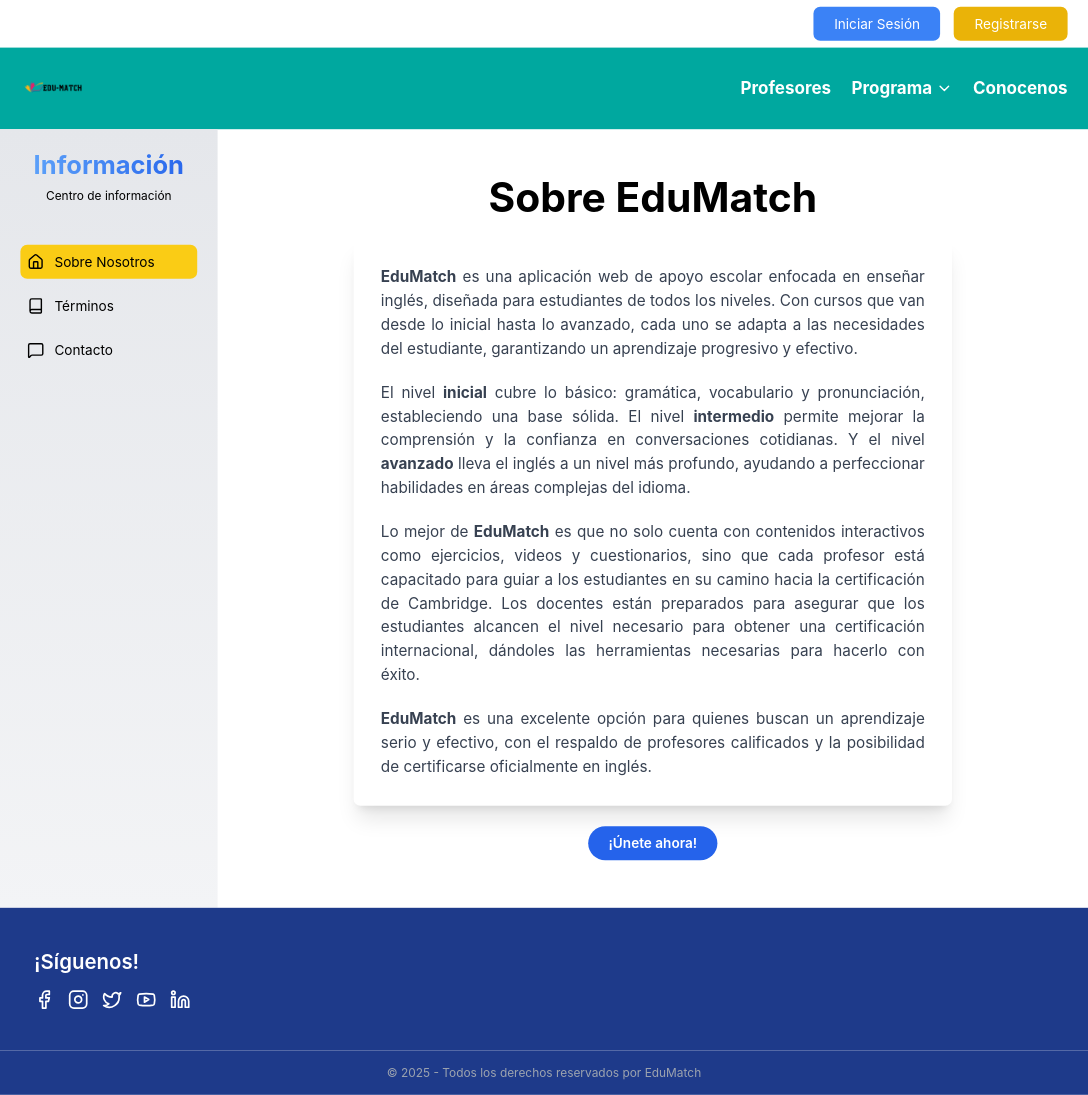
Repository: sofikalpin/EduMatch
Page: /informacion (app in frontend-sistema-apoyo/frontend-sistema-apoyo/)
An editor plug-in stored every save of this project. The page is shown before and after the next save, followed by the edit.
The browser window is 1280 px wide. The pictures show the whole page, at 85% of full size.
The project was rebuilt for these pictures with package versions that can differ from the ones it lists, and the page was loaded fresh each time. Also part of the build but not shown: frontend-sistema-apoyo/frontend-sistema-apoyo/src/componentes/inicio/ProgramDropdown.js, frontend-sistema-apoyo/frontend-sistema-apoyo/src/componentes/inicio/Inicio.js, frontend-sistema-apoyo/frontend-sistema-apoyo/src/componentes/login/Login.css, frontend-sistema-apoyo/frontend-sistema-apoyo/src/componentes/login/LoginUtils.js, frontend-sistema-apoyo/frontend-sistema-apoyo/src/componentes/login/Login.js, frontend-sistema-apoyo/frontend-sistema-apoyo/src/componentes/registrar/Registrar.css, frontend-sistema-apoyo/frontend-sistema-apoyo/src/componentes/registrar/Registrar.js, frontend-sistema-apoyo/frontend-sistema-apoyo/src/componentes/perfil/Perfil.js and 4 more.

Above is the page before, as saved 2025-01-28 15:02:18.

### frontend-sistema-apoyo/frontend-sistema-apoyo/src/index.js
import React from 'react';
import ReactDOM from 'react-dom/client';
import './index.css';
import App from './App';
import { BrowserRouter } from 'react-router-dom';

const root = ReactDOM.createRoot(document.getElementById('root'));
root.render(
  <BrowserRouter>
    <App />
  </BrowserRouter>
);

### frontend-sistema-apoyo/frontend-sistema-apoyo/src/index.css
@tailwind base;
@tailwind components;
@tailwind utilities;
/* Tus estilos personalizados vienen después */
body {
  margin: 0;
  font-family: -apple-system, BlinkMacSystemFont, 'Segoe UI', 'Roboto', 'Oxygen',
    'Ubuntu', 'Cantarell', 'Fira Sans', 'Droid Sans', 'Helvetica Neue',
    sans-serif;
  -webkit-font-smoothing: antialiased;
  -moz-osx-font-smoothing: grayscale;
}

code {
  font-family: source-code-pro, Menlo, Monaco, Consolas, 'Courier New',
    monospace;
}

### frontend-sistema-apoyo/frontend-sistema-apoyo/src/App.js
import React from "react";
import { Routes, Route, Navigate } from "react-router-dom";
import "./App.css";

import Inicio from "./componentes/inicio/Inicio";
import Login from "./componentes/login/Login";
import { Registrar } from "./componentes/registrar/Registrar";
import Perfil from "./componentes/perfil/Perfil";

import InicioProfesor from "./componentes/inicio/profesorini";
import NivelInicial from "./componentes/inicio/NivelInicial";
import NivelIntermedio from "./componentes/inicio/NivelIntermedio";
import NivelAvanzado from "./componentes/inicio/NivelAvanzado";
import Informacion from "./componentes/inicio/Informacion";


// Componente para proteger rutas basadas en rol
const ProtectedRoute = ({ children, role }) => {
  const userRole = localStorage.getItem("role");

  if (userRole !== role) {
    return <Navigate to="/" />;
  }

  return children;
};

function App() {
  return (
    <div className="App">
      <Routes>
        {/* Rutas públicas */}
        <Route path="/" element={<Inicio />} />
        <Route path="/iniciarsesion" element={<Login />} />
        <Route path="/registrarse" element={<Registrar />} />
        <Route path="/perfil" element={<Perfil />} />
        <Route path="/inicioprofesor" element={<InicioProfesor />} />
        <Route path="/nivelinicial" element={<NivelInicial />} />
        <Route path="/nivelintermedio" element={<NivelIntermedio />} />
        <Route path="/nivelavanzado" element={<NivelAvanzado />} />
        <Route path="/informacion" element={<Informacion />} />


        {/* Rutas protegidas */}

        {/* Redirigir rutas no encontradas */}
        <Route path="*" element={<Navigate to="/" />} />
      </Routes>
    </div>
  );
}

export default App;

### frontend-sistema-apoyo/frontend-sistema-apoyo/src/componentes/inicio/Informacion.js
import { useState } from 'react';
import { useNavigate } from 'react-router-dom';
import { Home, Book, Shield, MessageSquare } from 'lucide-react';
import TopBar from './TopBar';
import Header from './Header';
import Footer from './Footer';
import logo from '../../logo/LogoInicio.png';

// Constants remain the same
const FOOTER_SECTIONS = {
  section1: {
    title: "Información",
    links: ["Sobre Nosotros", "Términos y Condiciones", "Contacto"]
  },
  section2: {
    title: "Programas",
    links: ["Nivel Inicial", "Nivel Medio", "Nivel Superior"]
  }
};

const SOCIAL_ICONS = [
  { name: 'Facebook', color: 'hover:text-blue-500' },
  { name: 'Instagram', color: 'hover:text-pink-500' },
  { name: 'Twitter', color: 'hover:text-blue-400' },
  { name: 'Youtube', color: 'hover:text-red-500' },
  { name: 'Linkedin', color: 'hover:text-blue-700' }
];

const NAV_ITEMS = [
  { id: "sobre-nosotros", Icon: Home, text: "Sobre Nosotros" },
  { id: "terminos", Icon: Book, text: "Términos" },
  { id: "contacto", Icon: MessageSquare, text: "Contacto" }
];

// NavItem component
const NavItem = ({ id, Icon, text, isActive, onClick }) => (
  <div
    onClick={onClick}
    className={`flex items-center space-x-3 p-2 rounded-lg cursor-pointer ${isActive ? 'bg-yellow-400 text-black' : 'text-white-300'}`}
  >
    <Icon className="w-5 h-5" />
    <span>{text}</span>
  </div>
);

// SobreNosotros component
const SobreNosotros = () => (
  <div className="p-8 max-w-3xl mx-auto space-y-6">
    <h1 className="text-5xl font-bold text-black-600 mb-6 text-center">Sobre EduMatch</h1>
    <div className="p-8 bg-white rounded-lg shadow-xl space-y-6">
      <p className="text-lg text-gray-700 text-justify">
        <strong>EduMatch</strong> es una aplicación web de apoyo escolar enfocada en enseñar inglés, diseñada para estudiantes de todos los niveles. Con cursos que van desde lo inicial hasta lo avanzado, cada uno se adapta a las necesidades del estudiante, garantizando un aprendizaje progresivo y efectivo.
      </p>
      <p className="text-lg text-gray-700 text-justify">
        El nivel <strong>inicial</strong> cubre lo básico: gramática, vocabulario y pronunciación, estableciendo una base sólida. El nivel <strong>intermedio</strong> permite mejorar la comprensión y la confianza en conversaciones cotidianas. Y el nivel <strong>avanzado</strong> lleva el inglés a un nivel más profundo, ayudando a perfeccionar habilidades en áreas complejas del idioma.
      </p>
      <p className="text-lg text-gray-700 text-justify">
        Lo mejor de <strong>EduMatch</strong> es que no solo cuenta con contenidos interactivos como ejercicios, videos y cuestionarios, sino que cada profesor está capacitado para guiar a los estudiantes en su camino hacia la certificación de Cambridge. Los docentes están preparados para asegurar que los estudiantes alcancen el nivel necesario para obtener una certificación internacional, dándoles las herramientas necesarias para hacerlo con éxito.
      </p>
      <p className="text-lg text-gray-700 text-justify">
        <strong>EduMatch</strong> es una excelente opción para quienes buscan un aprendizaje serio y efectivo, con el respaldo de profesores calificados y la posibilidad de certificarse oficialmente en inglés.
      </p>
    </div>
    <div className="mt-8 text-center">
      <a href="/registrarse" className="inline-block bg-blue-600 text-white font-semibold py-2 px-6 rounded-full hover:bg-blue-700 transition-colors">
        ¡Únete ahora!
      </a>
    </div>
  </div>
);

// Contacto component
const Contacto = () => (
  <div className="p-8 max-w-3xl mx-auto space-y-6">
    <h1 className="text-5xl font-bold text-black-600 mb-6 text-center">Contacto</h1>

    <div className="p-8 bg-white rounded-lg shadow-xl space-y-6">
      <p className="text-lg text-gray-700 text-justify">
        ¿Tienes preguntas o comentarios? Nos encantaría saber de ti. Rellena el siguiente formulario y nuestro equipo se pondrá en contacto contigo lo antes posible.
      </p>

      <form className="space-y-6">
        <div>
          <label htmlFor="name" className="block text-lg font-semibold text-gray-800">Nombre</label>
          <input
            type="text"
            id="name"
            name="name"
            placeholder="Tu nombre"
            className="w-full p-3 mt-2 border-2 border-gray-300 rounded-lg focus:outline-none focus:ring-2 focus:ring-blue-500"
          />
        </div>

        <div>
          <label htmlFor="email" className="block text-lg font-semibold text-gray-800">Correo electrónico</label>
          <input
            type="email"
            id="email"
            name="email"
            placeholder="Tu correo electrónico"
            className="w-full p-3 mt-2 border-2 border-gray-300 rounded-lg focus:outline-none focus:ring-2 focus:ring-blue-500"
          />
        </div>

        <div>
          <label htmlFor="message" className="block text-lg font-semibold text-gray-800">Mensaje</label>
          <textarea
            id="message"
            name="message"
            placeholder="Escribe tu mensaje aquí"
            rows="4"
            className="w-full p-3 mt-2 border-2 border-gray-300 rounded-lg focus:outline-none focus:ring-2 focus:ring-blue-500"
          ></textarea>
        </div>

        <div className="text-center">
          <button
            type="submit"
            className="inline-block bg-blue-600 text-white font-semibold py-2 px-6 rounded-full hover:bg-blue-700 transition-colors"
          >
            Enviar Mensaje
          </button>
        </div>
      </form>
    </div>
  </div>
);

// TerminosYCondiciones component
const TerminosYCondiciones = () => (
  <div className="p-8 max-w-5xl mx-auto space-y-6">
    <h1 className="text-4xl font-bold text-blue-600 mb-6 text-center">Términos y Condiciones</h1>

    <div className="grid grid-cols-1 md:grid-cols-2 lg:grid-cols-2 gap-6">
      <div className="p-6 bg-white rounded-lg shadow-lg">
        <h2 className="text-2xl font-semibold text-gray-800">1. Aceptación de los Términos</h2>
        <p className="text-lg text-gray-700 mt-4">
          Al registrarte y usar EduMatch, aceptas cumplir con estos términos. Si no estás de acuerdo, no puedes usar la plataforma.
        </p>
      </div>

      <div className="p-6 bg-white rounded-lg shadow-lg">
        <h2 className="text-2xl font-semibold text-gray-800">2. Responsabilidades del Usuario</h2>
        <p className="text-lg text-gray-700 mt-4">
          El usuario es responsable de mantener la confidencialidad de su cuenta y de usar la plataforma de manera ética, sin infringir derechos de otros usuarios o de terceros.
        </p>
      </div>

      <div className="p-6 bg-white rounded-lg shadow-lg">
        <h2 className="text-2xl font-semibold text-gray-800">3. Modificaciones a los Términos</h2>
        <p className="text-lg text-gray-700 mt-4">
          EduMatch puede modificar estos términos en cualquier momento. Las modificaciones serán publicadas en esta página y serán efectivas inmediatamente después de su publicación.
        </p>
      </div>

      <div className="p-6 bg-white rounded-lg shadow-lg">
        <h2 className="text-2xl font-semibold text-gray-800">4. Terminación de los Servicios</h2>
        <p className="text-lg text-gray-700 mt-4">
          Podemos suspender o terminar tu acceso a la plataforma si incumples estos términos, sin previo aviso ni responsabilidad por daños ocasionados.
        </p>
      </div>
    </div>

    <div className="mt-8 text-center">
      <a href="/registrarse" className="inline-block bg-blue-600 text-white font-semibold py-2 px-6 rounded-full hover:bg-blue-700 transition-colors">
        ¡Únete ahora!
      </a>
    </div>
  </div>
);

const Navigation = ({ currentPage, setCurrentPage }) => (
  <nav className="w-64 bg-gradient-to-b from-gray-200 to-gray-100 p-6">
    <div className="mb-12">
      <h2 className="text-3xl font-bold text-transparent bg-clip-text bg-gradient-to-r from-blue-400 to-blue-600">
        Información
      </h2>
      <p className="text-black-400 text-sm mt-2">Centro de información</p>
    </div>
    <div className="space-y-3">
      {NAV_ITEMS.map(({ id, Icon, text }) => (
        <NavItem
          key={id}
          id={id}
          Icon={Icon}
          text={text}
          isActive={currentPage === id}
          onClick={() => setCurrentPage(id)}
        />
      ))}
    </div>
  </nav>
);

const InfoPages = () => {
  const [currentPage, setCurrentPage] = useState('sobre-nosotros');
  const navigate = useNavigate();

  const pageComponents = {
    'sobre-nosotros': <SobreNosotros />,
    'contacto': <Contacto />,
    'terminos': <TerminosYCondiciones />
  };

  return (
    <div className="min-h-screen flex flex-col">
      {/* Header */}
      <TopBar
        onLogin={() => navigate('/iniciarsesion')}
        onRegister={() => navigate('/registrarse')}
      />
      <Header
        onNavigate={navigate}
        logo={logo}
      />

      {/* Info Content */}
      <div className="flex flex-2">
        <Navigation currentPage={currentPage} setCurrentPage={setCurrentPage} />
        <main className="flex-1 p-6">{pageComponents[currentPage]}</main>
      </div>

      {/* Footer */}
      <Footer sections={FOOTER_SECTIONS} socialIcons={SOCIAL_ICONS} />
    </div>
  );
};

export default InfoPages;

### frontend-sistema-apoyo/frontend-sistema-apoyo/src/componentes/inicio/TopBar.js
import React from 'react';

const TopBar = ({ onLogin, onRegister }) => (
  <div className="bg-white py-2 flex justify-end items-center px-6">
    <button
      onClick={onLogin}
      className="px-6 py-2 bg-blue-500 text-white rounded-lg mr-4 hover:bg-blue-600 transition-colors"
    >
      Iniciar Sesión
    </button>
    <button
      onClick={onRegister}
      className="px-6 py-2 bg-yellow-500 text-white rounded-lg hover:bg-yellow-600 transition-colors"
    >
      Registrarse
    </button>
  </div>
);

export default TopBar;

### frontend-sistema-apoyo/frontend-sistema-apoyo/src/componentes/inicio/Header.js
import React, { useState } from 'react';
import { ChevronDown } from 'lucide-react';
import ProgramDropdown from './ProgramDropdown';

const Header = ({ onNavigate, logo }) => {
  const [isProgramsOpen, setIsProgramsOpen] = useState(false);

  return (
    <header className="flex items-center justify-between p-6" style={{ backgroundColor: '#00A89F' }}>
      <img src={logo} alt="Logo" className="h-12" />
      <nav className="flex gap-6 justify-end flex-1">
        <button
          onClick={() => onNavigate('/inicioprofesor')}
          className="text-white font-bold hover:text-yellow-400 active:text-yellow-400 text-xl transition-colors"
        >
          Profesores
        </button>
        <div className="relative">
          <button
            onMouseEnter={() => setIsProgramsOpen(true)}
            className="text-white font-bold hover:text-yellow-400 active:text-yellow-400 text-xl transition-colors flex items-center gap-1"
          >
            Programa
            <ChevronDown
              className={`w-5 h-5 transition-transform ${isProgramsOpen ? 'rotate-180' : ''}`}
            />
          </button>
          <ProgramDropdown
            isOpen={isProgramsOpen}
            onClose={() => setIsProgramsOpen(false)}
          />
        </div>
        <button
          onClick={() => onNavigate('/informacion')}
          className="text-white font-bold hover:text-yellow-400 active:text-yellow-400 text-xl transition-colors"
        >
          Conocenos
        </button>
      </nav>
    </header>
  );
};

export default Header;

### frontend-sistema-apoyo/frontend-sistema-apoyo/src/componentes/inicio/Footer.js
import React from 'react';
import { Facebook, Instagram, Twitter, Youtube, Linkedin } from 'lucide-react';

const icons = {
  Facebook: Facebook,
  Instagram: Instagram,
  Twitter: Twitter,
  Youtube: Youtube,
  Linkedin: Linkedin,
};

const SocialIcon = (name) => icons[name] || null;

const Footer = ({ socialIcons, footerSections, onNavigation }) => (
  <>
    <footer className="bg-blue-900 text-white py-12">
      <div className="mx-auto px-10 w-full">
        <div className="flex flex-col lg:flex-row justify-between gap-12">
          {/* Social Media */}
          <div className="lg:w-1/3 space-y-4">
            <h2 className="text-2xl font-semibold text-center lg:text-left">¡Síguenos!</h2>
            <div className="flex justify-center lg:justify-start space-x-4">
              {socialIcons.map(({ name, color }) => {
                const Icon = SocialIcon(name);
                return Icon && (
                  <button
                    key={name}
                    className={`${color} transition-colors`}
                    aria-label={`Ir a ${name}`}
                  >
                    <Icon className="h-6 w-6" />
                  </button>
                );
              })}
            </div>
          </div>
          {/* Footer Links */}
          <div className="lg:w-2/3 grid grid-cols-1 sm:grid-cols-2 gap-12">
            {Object.values(footerSections).map((section, index) => (
              <div key={index}>
                <h3 className="font-semibold text-lg mb-4">{section.title}</h3>
                <ul className="space-y-2">
                  {section.links.map((link, linkIndex) => (
                    <li key={linkIndex}>
                      <button
                        onClick={() => onNavigation(`/${link.toLowerCase().replace(/\s+/g, '-')}`)}
                        className="text-gray-300 hover:text-white transition-colors"
                      >
                        {link}
                      </button>
                    </li>
                  ))}
                </ul>
              </div>
            ))}
          </div>
        </div>
      </div>
    </footer>
    <div className="bg-blue-900 text-center text-gray-400 text-sm py-4">
      © 2025 - Todos los derechos reservados por EduMatch
    </div>
  </>
);

Footer.defaultProps = {
  socialIcons: [],
  footerSections: {},
};

export default Footer;

Loaded but not shown: frontend-sistema-apoyo/frontend-sistema-apoyo/public/index.html (common file); frontend-sistema-apoyo/frontend-sistema-apoyo/src/App.css (common file); frontend-sistema-apoyo/frontend-sistema-apoyo/tailwind.config.js (common file)

After the next save:
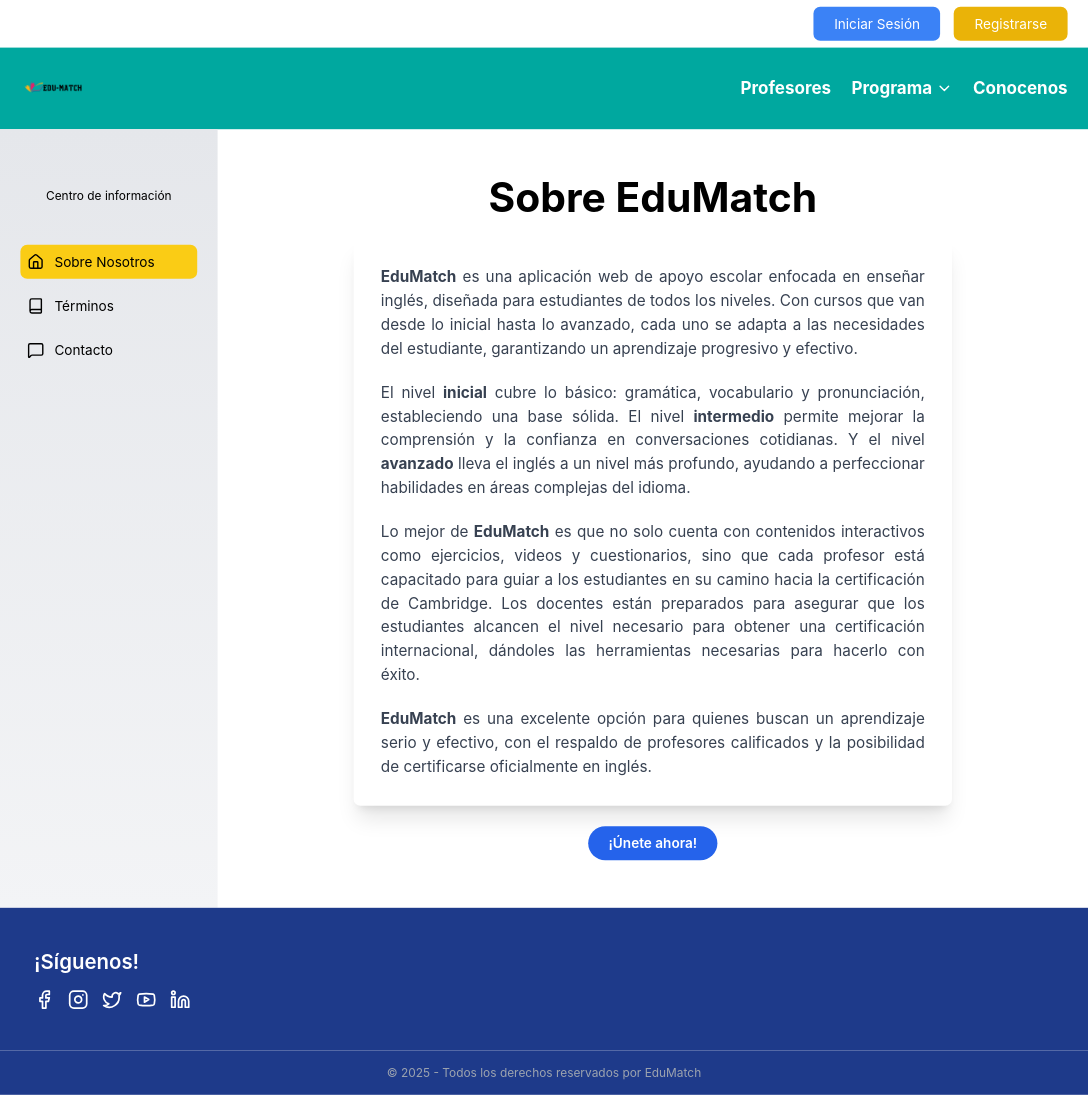
Saved 21 s later.
--- a/frontend-sistema-apoyo/frontend-sistema-apoyo/src/componentes/inicio/Informacion.js
+++ b/frontend-sistema-apoyo/frontend-sistema-apoyo/src/componentes/inicio/Informacion.js
@@ -172,7 +172,7 @@ const TerminosYCondiciones = () => (
 const Navigation = ({ currentPage, setCurrentPage }) => (
   <nav className="w-64 bg-gradient-to-b from-gray-200 to-gray-100 p-6">
     <div className="mb-12">
-      <h2 className="text-3xl font-bold text-transparent bg-clip-text bg-gradient-to-r from-blue-400 to-blue-600">
+      <h2 className="text-3xl font-bold text-transparent bg-clip-text text-yellow">
         Información
       </h2>
       <p className="text-black-400 text-sm mt-2">Centro de información</p>
